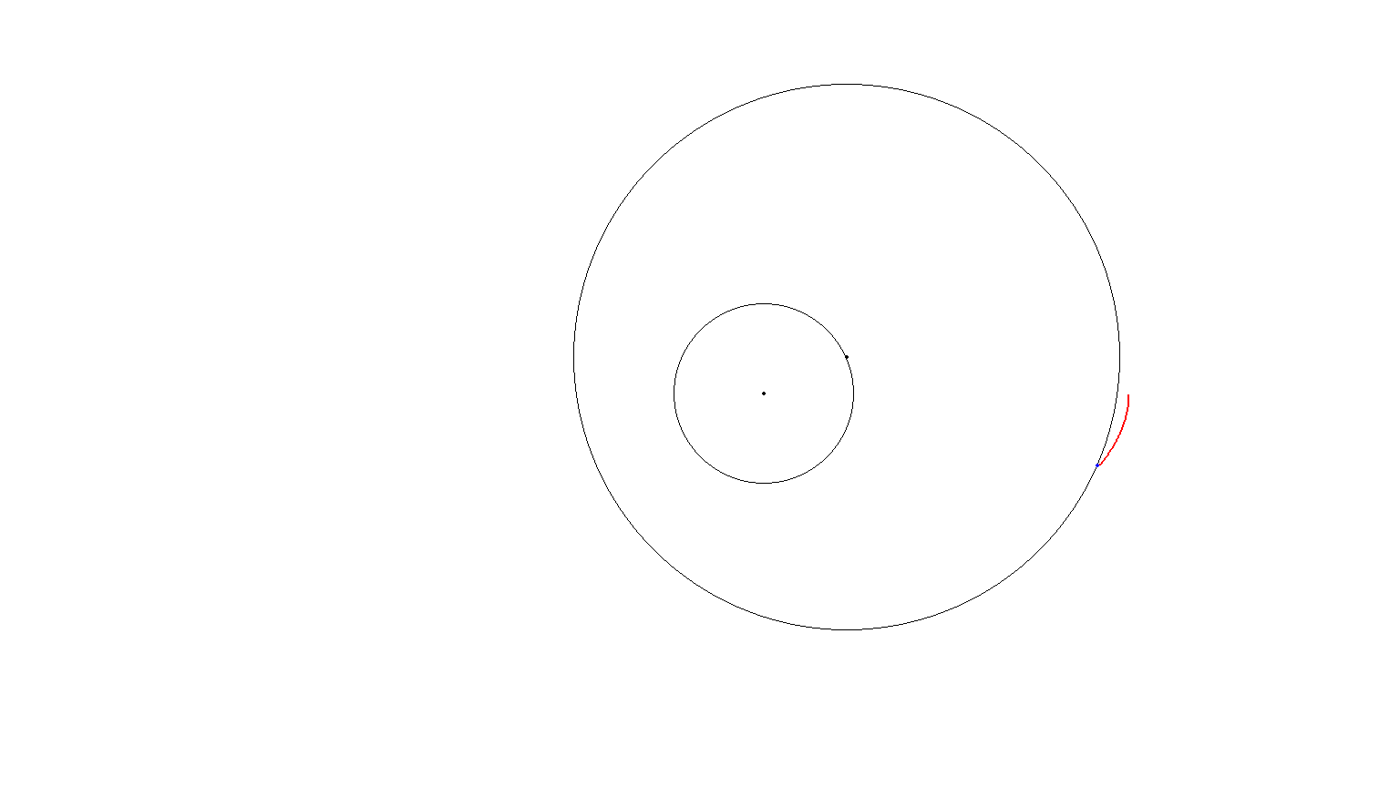
Repository: Liuuuv/animation_cercles
Script's output: python animation cercles.py
The author's editor kept a copy of each file at every save. The script's output is drawn from the files as they stood at one save, then again after the next save.
Figures wider than 1,400 px are first shrunk to that width. The window is shown after at most 60 frames with no key pressed. Random numbers start from a fixed seed.

Above is the script's output before, as saved 2024-11-08 20:19:27.

After the next save:
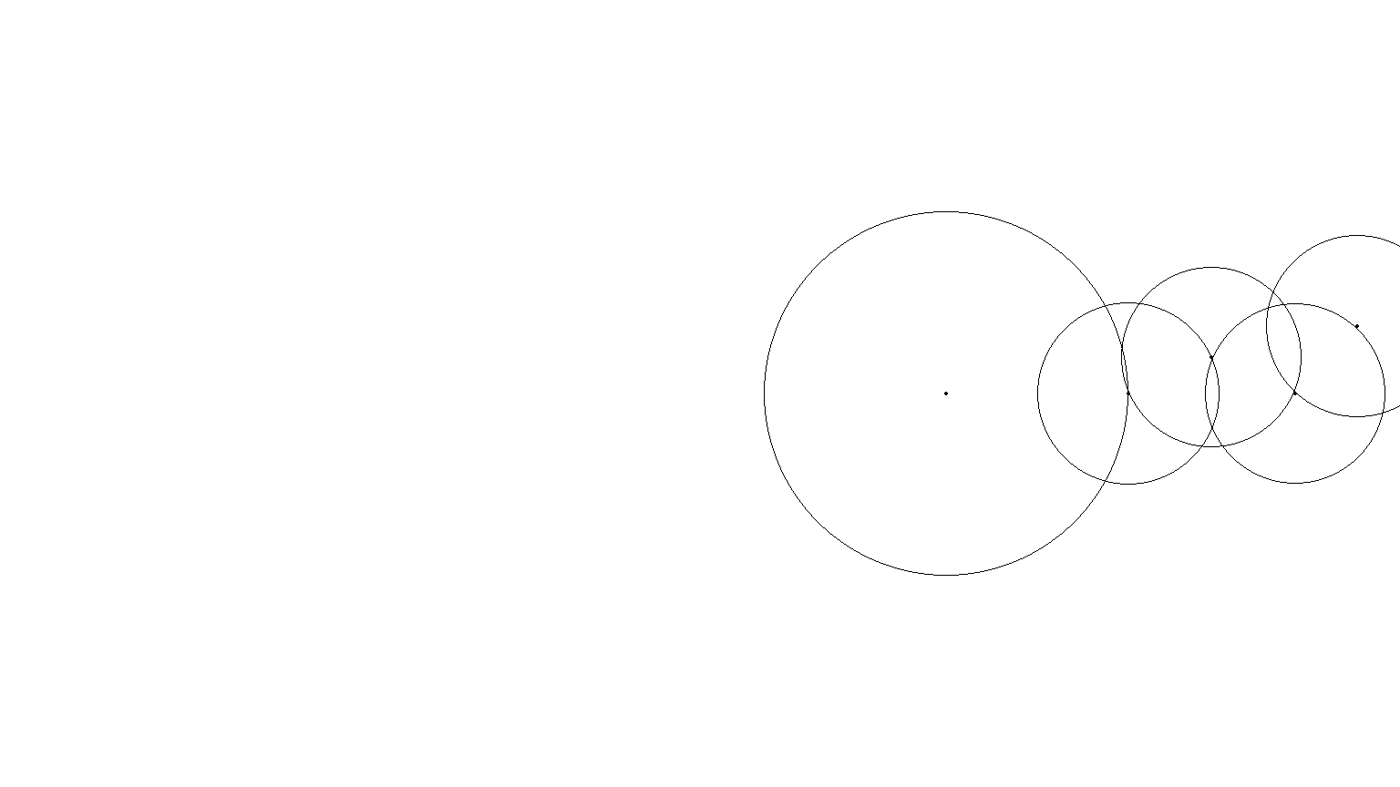
Saved 12 s later.
--- a/animation cercles.py
+++ b/animation cercles.py
@@ -122,7 +122,7 @@ class Affichage:
         # else:
         #     return t*(-1-1j)
 
-        return 2*np.cos(t)+1j*np.sin(t)
+        return 2*np.cos(t)**2+1j*np.sin(t)
 
     def exp_complexe(self,t):
         return np.exp(1j*t)
